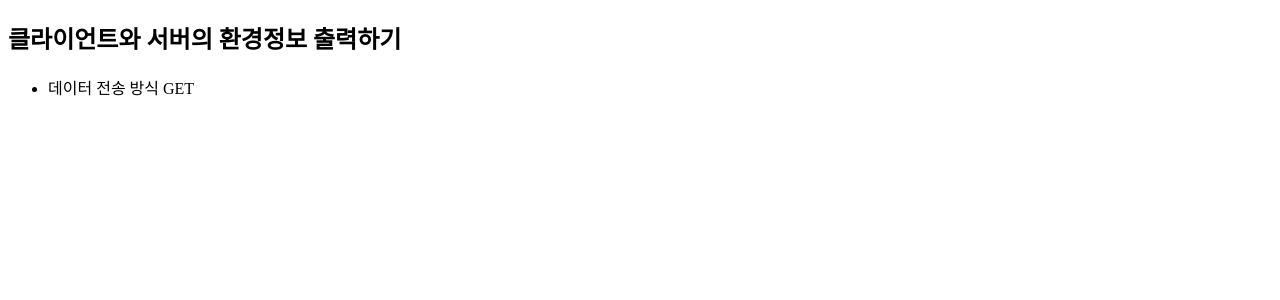
Repository: parkblacksheep/JSP-Servlet
Page: http://localhost/HelloJSP2_2/object/requestWebInfo.jsp
An editor plug-in stored every save of this project. The page is shown before and after the next save, followed by the edit.
The browser window is 1280 px wide. The pictures show the whole page.
The page is served by Tomcat 9.

Above is the page before, as saved 2024-07-25 01:32:09.

### HelloJSP2_2/src/main/webapp/object/requestWebInfo.jsp
<%@ page language="java" contentType="text/html; charset=UTF-8"
    pageEncoding="UTF-8"%>
<!DOCTYPE html>
<html>
	<head>
		<meta charset="UTF-8">
		<title>Insert title here</title>
	</head>

	<body>
		<h2>클라이언트와 서버의 환경정보 출력하기</h2>
		<ul>
			<li>데이터 전송 방식 <%= request.getMethod() %></li>
		</ul>
	</body>
</html>

After the next save:
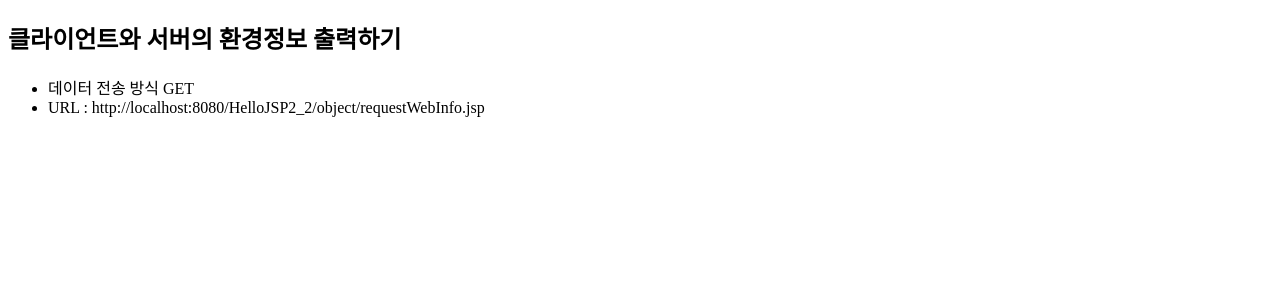
Saved 28 s later.
--- a/HelloJSP2_2/src/main/webapp/object/requestWebInfo.jsp
+++ b/HelloJSP2_2/src/main/webapp/object/requestWebInfo.jsp
@@ -11,6 +11,7 @@
 		<h2>클라이언트와 서버의 환경정보 출력하기</h2>
 		<ul>
 			<li>데이터 전송 방식 <%= request.getMethod() %></li>
+			<li>URL : <%= request.getRequestURL() %></li>
 		</ul>
 	</body>
 </html>
